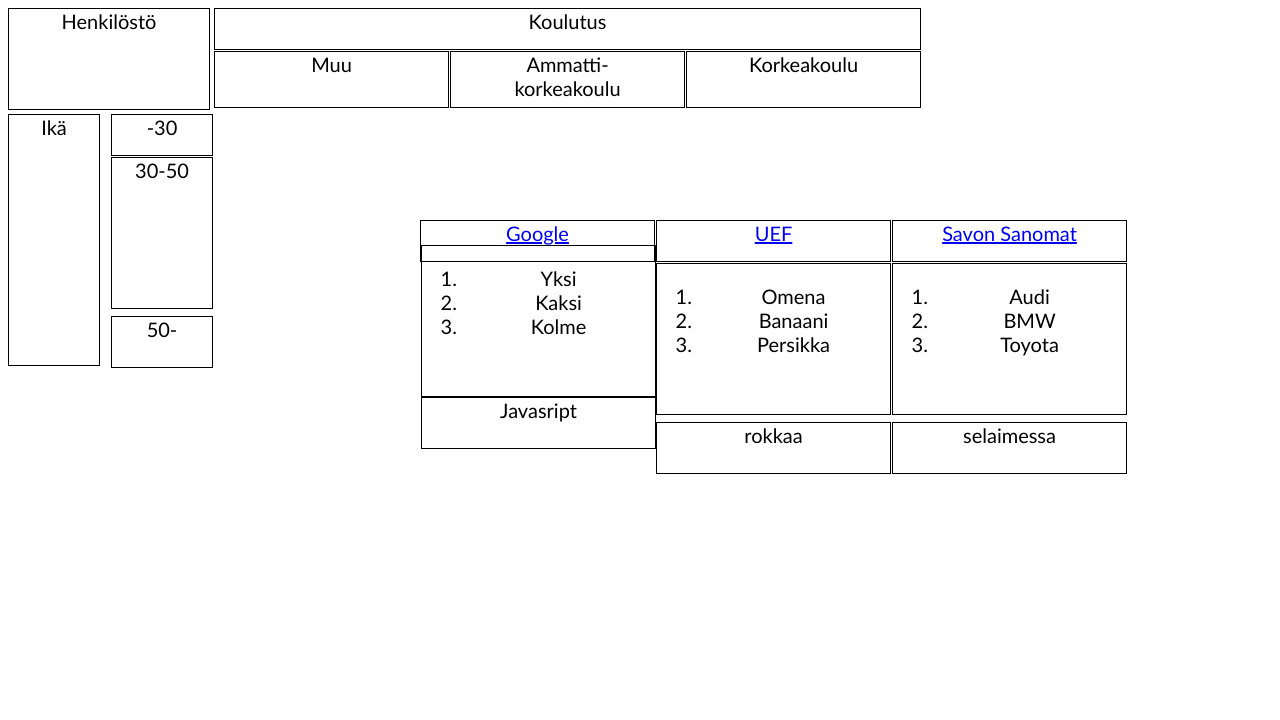
Repository: Niina-Maria/tehtavat-12-17-Niina-Maria2
Page: teht14.html
An editor plug-in stored every save of this project. The page is shown before and after the next save, followed by the edit.
The browser window is 1280 px wide. The pictures show the whole page.

Above is the page before, as saved 2024-11-18 14:57:45.

### teht14.html
<!DOCTYPE html>
<html>
    <head><link rel="stylesheet" href="teht14.css"></head>
    <body>
        <div class="grid-container">
                <div class="header">Henkilöstö</div>
                <div class="header2">Koulutus</div>

                <div class="main">Muu</div>
                <div class="main2">Ammatti-<br>korkeakoulu</div>
                <div class="main3">Korkeakoulu</div>


                <div class="navMain">Ikä</div>
                <div class="navMain2">-30</div>
                <div class="navMain3">30-50</div>
                <div class="navMain4">50-</div>

            <div class="grid-container">
                <div class="main4"><a href="www.google.com">Google</a></dive>
                <div class="main7">
                    <ol>
                        <li>Yksi</li>
                        <li>Kaksi</li>
                        <li>Kolme</li>
                    </ol>
                </div>
                <div class="footer">Javasript</div>
            </div>

                <div class="main5"><a href="https://www.uef.fi/fi">UEF</a></div>
                <div class="main8">
                    <ol>
                    <li>Omena</li>
                    <li>Banaani</li>
                    <li>Persikka</li>
                </ol>
                </div>
                <div class="footer2">rokkaa</div>

                <div class="main6"><a href="https://www.savonsanomat.fi/">Savon Sanomat</a></div>
                <div class="main9">
                    <ol>
                        <li>Audi</li>
                        <li>BMW</li>
                        <li>Toyota</li>
                    </ol>
                </div>
                <div class="footer3">selaimessa</div>
        </div>


        <div class="grid-container">
             <!--    <div class="main7">
                    <ol>
                        <li>Yksi</li>
                        <li>Kaksi</li>
                        <li>Kolme</li>
                    </ol>
                </div> -->

               <!--  <div class="main8">
                    <ol>
                    <li>Omena</li>
                    <li>Banaani</li>
                    <li>Persikka</li>
                </ol>
                </div> -->


          <!--       <div class="main9">
                    <ol>
                        <li>Audi</li>
                        <li>BMW</li>
                        <li>Toyota</li>
                    </ol>
                </div> -->


                <!-- <div class="footer">Javasript</div> -->
                <!-- <div class="footer2">rokkaa</div> -->
                <!-- <div class="footer3">selaimessa</div>    -->
            </div>


        </body>
    </html>



            <!-- <tr>
                <tr>
                    <th rowspan="6">Ikä</th>
                    <th >-30</th>
                    <td><a href="www.google.com">Google</a></td>
                    <td><a href="https://www.uef.fi/fi">UEF</a></td>
                    <td><a href="https://www.savonsanomat.fi/">Savon Sanomat</a></td>
                </tr>
                <tr>
                    <th>30-50</th>
                    <td>
                        <ol>
                            <li>Yksi</li>
                            <li>Kaksi</li>
                            <li>Kolme</li>
                        </ol>
                    </td>
                    <td>
                        <ol>
                            <li>Omena</li>
                            <li>Banaani</li>
                            <li>Persikka</li>
                        </ol>
                    </td>
                    <td>
                        <ol>
                            <li>Audi</li>
                            <li>BMW</li>
                            <li>Toyota</li>
                    </ol>
                    </td>
                </tr>

                <tr>
                    <th>50-</th>
                    <td style="font-size:30px; "><strong><em>Javascript</em></strong></td>
                    <td style="font-size:30px; "><strong><em>rokkaa</em></strong></td>
                    <td style="font-size:30px; "><strong><em>selaimessa</em></strong></td>
                </tr>
            </tr> -->

### teht14.css

.grid-container{
    display: grid;
    width: 75%;
    grid-template-columns: 100px 100px 233px 233px 233px;
    grid-template-areas:
    "header header header2 header2 header2"
    "header header main main2 main3"
    "navMain navMain2 main4 main5 main6"
    "navMain navMain3 main7 main8 main9"
    "navMain navMain3 main7 main8 main9"
    "navMain navMain3 main7 main8 main9"
    "navMain navMain4 footer footer2 footer3";
    grid-template-rows: 40px 60px 40px 50px 50px 50px 50px;
    gap: 3px;

    }

.grid-container > div {
    text-align: center;
    font-size: 20px;
    }

.header {
    grid-area: header;
    grid-column: 1/span2;
    grid-row: 1/span 2;
    border-width: 1px;
    border-style: solid;
    font-size: 20px;
    font-family: 'Gill Sans', 'Gill Sans MT', Calibri, 'Trebuchet MS', sans-serif;
    font-style: bold;
    text-align: center;
    height: 100px;
    width: 200px;
    }

.header2 {
    grid-area: header2;
    grid-column: 3/span 3;
    grid-row: 1/span 1;
    font-size: 20px;
    font-family: 'Gill Sans', 'Gill Sans MT', Calibri, 'Trebuchet MS', sans-serif;
    font-style: bold;
    text-align: center;
    border-width: 1px;
    border-style: solid;
    width: 100%;
    height: 40px;
    }

.navMain{
    grid-area: navMain;
    grid-column: 1;
    grid-row: 3/span 4;
    font-size: 20px;
    font-family: 'Gill Sans', 'Gill Sans MT', Calibri, 'Trebuchet MS', sans-serif;
    font-style: bold;
    text-align: center;
    width: 90%;
    height: 250px;
    border-width: 1px;
    border-style: solid;
}

.navMain2 {
    grid-area: navMain2;
    grid-column: 2 ;
    grid-row: 3;
    font-size: 20px;
    font-family: 'Gill Sans', 'Gill Sans MT', Calibri, 'Trebuchet MS', sans-serif;
    font-style: bold;
    text-align: center;
    width: 100px;
    height: 40px;
    border-width: 1px;
    border-style: solid;
}


.main{
    grid-area: main;
    grid-column: 3;
    grid-row: 2;
    font-size: 20px;
    font-family: 'Gill Sans', 'Gill Sans MT', Calibri, 'Trebuchet MS', sans-serif;
    font-style: bold;
    text-align: center;
    border-width: 1px;
    border-style: solid;
    height: 55px;
    width: 233px;

}

.main2 {
    grid-area: main2;
    grid-column: 4;
    grid-row: 2;
    font-size: 20px;
    font-family: 'Gill Sans', 'Gill Sans MT', Calibri, 'Trebuchet MS', sans-serif;
    font-style: bold;
    text-align: center;
    border-width: 1px;
    border-style: solid;
    height: 55px;
    width: 233px;
}

.main3{
    grid-area: main3;
    grid-column: 5;
    grid-row: 2;
    font-size: 20px;
    font-family: 'Gill Sans', 'Gill Sans MT', Calibri, 'Trebuchet MS', sans-serif;
    font-style: bold;
    text-align: center;
    border-width: 1px;
    border-style: solid;
    height: 55px;
    width: 233px;
}



.main4 {
    grid-area: main4;
    grid-column: 3;
    grid-row: 3;
    font-size: 20px;
    font-family: 'Gill Sans', 'Gill Sans MT', Calibri, 'Trebuchet MS', sans-serif;
    font-style: bold;
    text-align: center;
    border-width: 1px;
    border-style: solid;
    height: 40px;
    width: 233px;
}

.main5{
    grid-area: main5;
    grid-column: 4;
    grid-row: 3;
    font-size: 20px;
    font-family: 'Gill Sans', 'Gill Sans MT', Calibri, 'Trebuchet MS', sans-serif;
    font-style: bold;
    text-align: center;
    border-width: 1px;
    border-style: solid;
    height: 40px;
    width: 233px;
}
.main6{
    grid-area: main6;
    grid-column: 5;
    grid-row: 3;
    font-size: 20px;
    font-family: 'Gill Sans', 'Gill Sans MT', Calibri, 'Trebuchet MS', sans-serif;
    font-style: bold;
    text-align: center;
    border-width: 1px;
    border-style: solid;
    height: 40px;
    width: 233px;}


.navMain3 {
        grid-area: navMain3;
        grid-column: 2;
        grid-row: 4/span 3;
        font-size: 20px;
        font-family: 'Gill Sans', 'Gill Sans MT', Calibri, 'Trebuchet MS', sans-serif;
        font-style: bold;
        text-align: center;
        width: 100px;
        height: 150px;
        border-width: 1px;
        border-style: solid;
    }

.main7{
        grid-area: main7;
        grid-column: 3;
        grid-row: 4/span 3;
        font-size: 20px;
        font-family: 'Gill Sans', 'Gill Sans MT', Calibri, 'Trebuchet MS', sans-serif;
        font-style: bold;
        text-align: center;
        border-width: 1px;
        border-style: solid;
        height: 150px;
        width: 233px;
    }

.main8{
        grid-area: main8;
        grid-column: 4;
        grid-row: 4/span 3;
        font-size: 20px;
        font-family: 'Gill Sans', 'Gill Sans MT', Calibri, 'Trebuchet MS', sans-serif;
        font-style: bold;
        text-align: center;
        border-width: 1px;
        border-style: solid;
        height: 150px;
        width: 233px;
    }


    .main9{
        grid-area: main9;
        grid-column: 5;
        grid-row: 4/span 3;
        font-size: 20px;
        font-family: 'Gill Sans', 'Gill Sans MT', Calibri, 'Trebuchet MS', sans-serif;
        font-style: bold;
        text-align: center;
        border-width: 1px;
        border-style: solid;
        height: 150px;
        width: 233px;
    }

    .navMain4 {
        grid-area: navMain4;
        grid-column: 2/span 1;
        grid-row: 7/span 1;
        font-size: 20px;
        font-family: 'Gill Sans', 'Gill Sans MT', Calibri, 'Trebuchet MS', sans-serif;
        font-style: bold;
        text-align: center;
        width: 100px;
        height: 50px;
        border-width: 1px;
        border-style: solid;
    }
    .footer {
        grid-area: footer;
        grid-column: 3/span 1;
        grid-row: 7/span 1;
        font-size: 20px;
        font-family: 'Gill Sans', 'Gill Sans MT', Calibri, 'Trebuchet MS', sans-serif;
        font-style: bold;
        text-align: center;
        width: 233px;
        height: 50px;
        border-width: 1px;
        border-style: solid;
    }

    .footer2 {
        grid-area: footer2;
        grid-column: 4/span 1;
        grid-row: 7/span 1;
        font-size: 20px;
        font-family: 'Gill Sans', 'Gill Sans MT', Calibri, 'Trebuchet MS', sans-serif;
        font-style: bold;
        text-align: center;
        width: 233px;
        height: 50px;
        border-width: 1px;
        border-style: solid;
    }

    .footer3 {
        grid-area: footer3;
        grid-column: 5/span 1;
        grid-row: 7/span 1;
        font-size: 20px;
        font-family: 'Gill Sans', 'Gill Sans MT', Calibri, 'Trebuchet MS', sans-serif;
        font-style: bold;
        text-align: center;
        width: 233px;
        height: 50px;
        border-width: 1px;
        border-style: solid;
    }

After the next save:
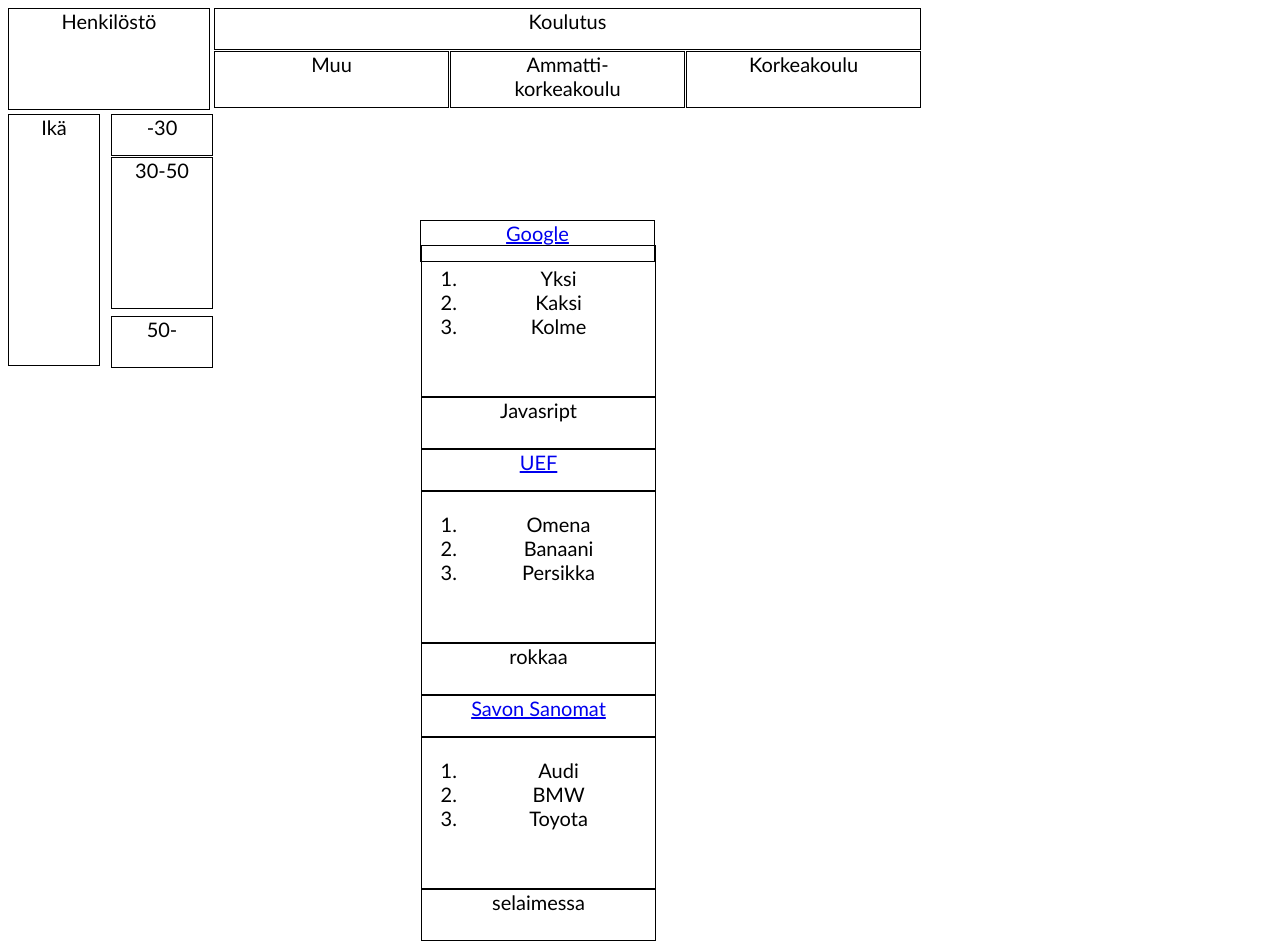
Saved 27 s later.
--- a/teht14.html
+++ b/teht14.html
@@ -26,7 +26,7 @@
                     </ol>
                 </div>
                 <div class="footer">Javasript</div>
-            </div>
+
 
                 <div class="main5"><a href="https://www.uef.fi/fi">UEF</a></div>
                 <div class="main8">
@@ -47,10 +47,11 @@
                     </ol>
                 </div>
                 <div class="footer3">selaimessa</div>
+            </div>
         </div>
 
 
-        <div class="grid-container">
+
              <!--    <div class="main7">
                     <ol>
                         <li>Yksi</li>
